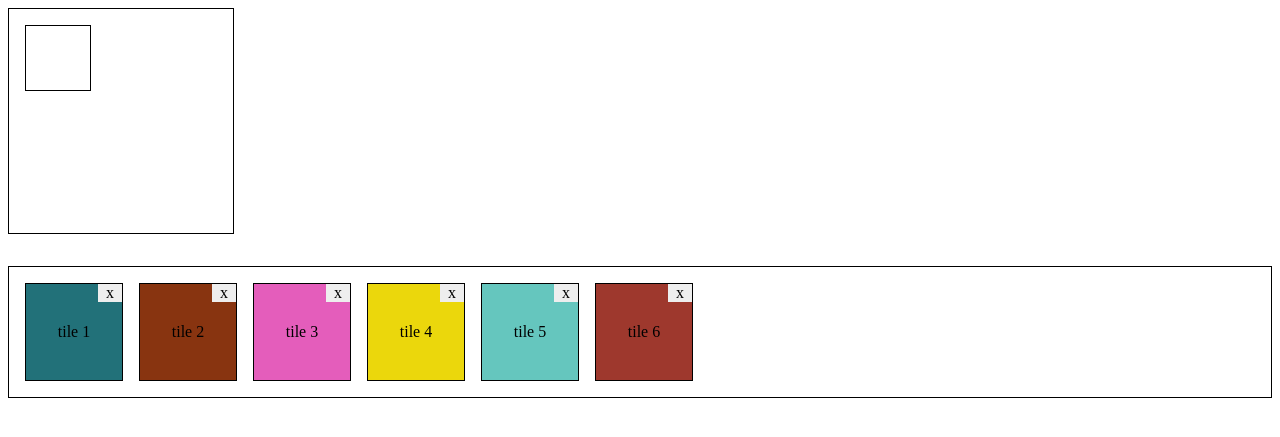
Repository: alemunden/frontend-lab3
Page: /
These files come from the project's save history. The page is drawn as it stood at one moment and after the next save; the edit follows.
The browser window is 1280 px wide. The pictures show the whole page.
The project was rebuilt for these pictures with package versions that can differ from the ones it lists, and the page was loaded fresh each time. Also part of the build but not shown: vite.config.js, src/index.css.

Above is the page before, as saved 2024-09-28 15:47:46.

After the next save:
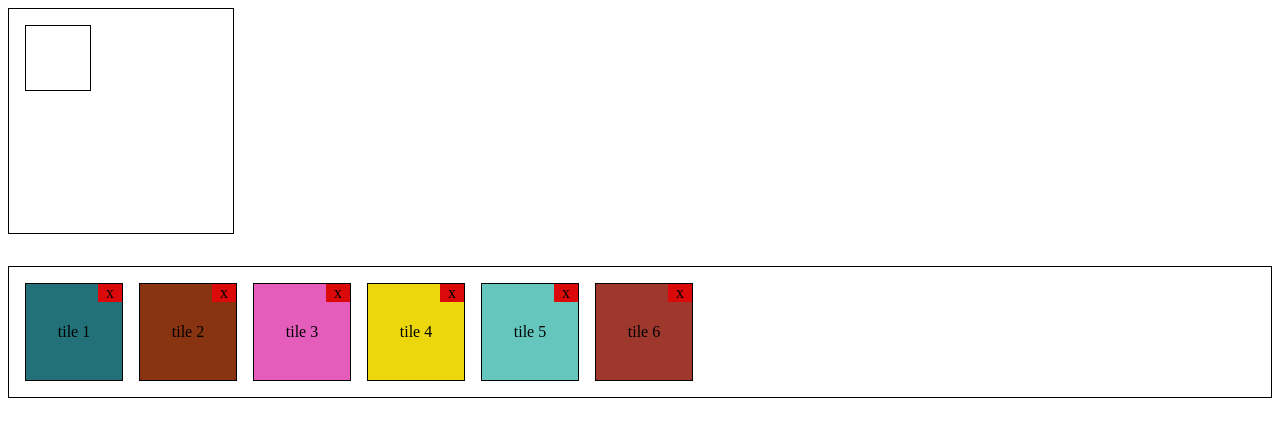
Saved 78 s later.
--- a/src/App.css
+++ b/src/App.css
@@ -32,7 +32,7 @@
     span {
         display: inline-block;
         padding: 0 0.5em;
-        background: #eee;
+        background: #db0909;
         position: absolute;
         top: 0;
         right: 0;
